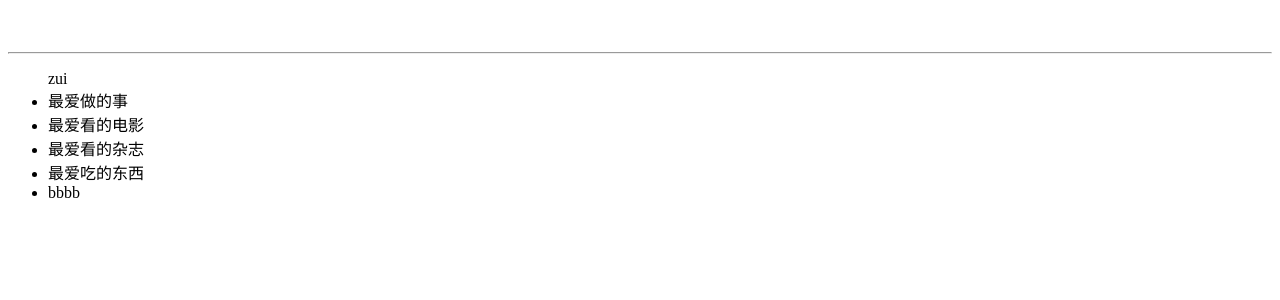
Repository: kirtonew/Compeititon2022-1
Page: node/test.html
The author's editor kept a copy of each file at every save. The page is drawn from the files as they stood at one save, then again after the next save.
The browser window is 1280 px wide. The pictures show the whole page.

Above is the page before, as saved 2022-09-05 14:30:35.

### node/test.html
<!DOCTYPE html>
<html lang="en">
<head>
    <meta charset="UTF-8">
    <meta http-equiv="X-UA-Compatible" content="IE=edge">
    <meta name="viewport" content="width=device-width, initial-scale=1.0">
    <title>Document</title>
</head>
<body>
    <title>我的最爱</title>
    <br>
    <br>
    <hr/>

    <ul>zui
        <li>最爱做的事</li>

        <li>最爱看的电影</li>
        <li>最爱看的杂志</li>
        <li>最爱吃的东西</li>
        <li>bbbb</li>

    </ul>
</body>
</html>

After the next save:
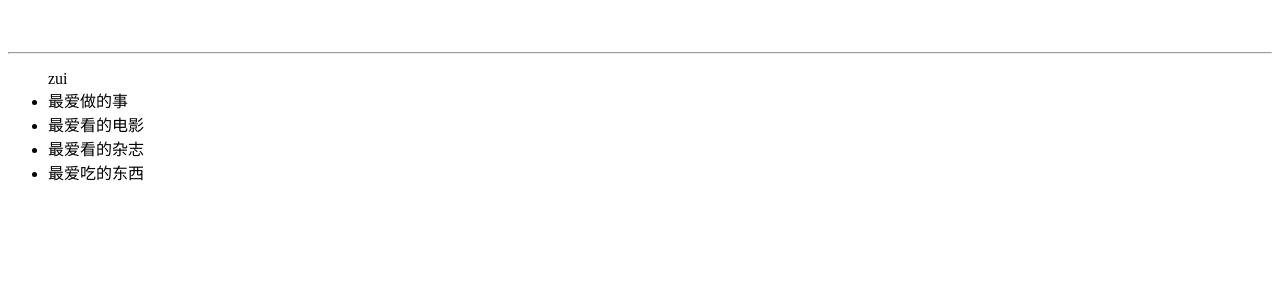
Saved 3 s later.
--- a/node/test.html
+++ b/node/test.html
@@ -18,7 +18,7 @@
         <li>最爱看的电影</li>
         <li>最爱看的杂志</li>
         <li>最爱吃的东西</li>
-        <li>bbbb</li>
+
 
     </ul>
 </body>
